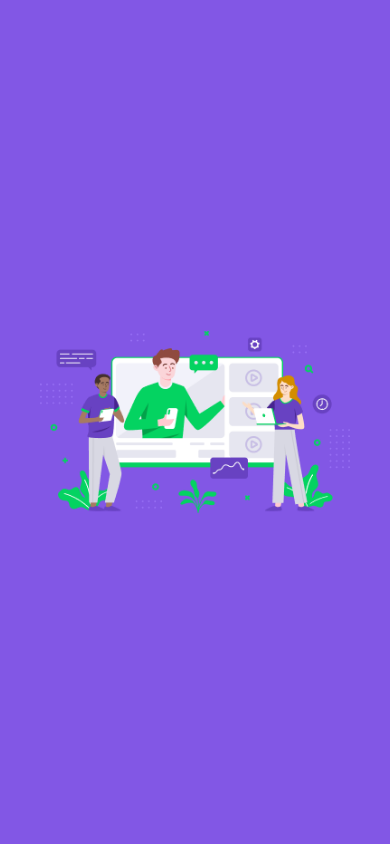
Repository: marciocamello/nlw-proffy-mobile
Screen: /
The author's editor kept a copy of each file at every save. The screen is drawn from the files as they stood at one save, then again after a run of saves.
The app was drawn by React Native's web renderer in a window 390 px wide. The project was rebuilt for these pictures with package versions that can differ from the ones it lists, and the page was loaded fresh each time.

Above is the screen before, as saved 2020-08-06 09:00:45.

### App.tsx
import { StatusBar } from 'expo-status-bar';
import React from 'react';

import Landing from './src/pages/Landing';

export default function App() {
  return (
    <React.Fragment>
      <Landing />
      <StatusBar style="auto" />
    </React.Fragment>
  );
}

### src/pages/Landing/index.tsx
import React from 'react';
import { Image, View } from 'react-native';

import styles from './styles';

import landingImg from '../../assets/images/landing.png';

function Landing(){
  return (
    <View style={styles.container}>
      <Image source={landingImg} style={styles.banner}/>
    </View>
  );
}

export default Landing;

### src/pages/Landing/styles.ts
import { StyleSheet } from 'react-native';

const styles = StyleSheet.create({
  container: {
    flex: 1,
    backgroundColor: '#8257E5',
    justifyContent: 'center',
    padding: 40
  },

  banner: {
    width: '100%',
    resizeMode: 'contain'
  }
});

export default styles;

After the next 2 saves:
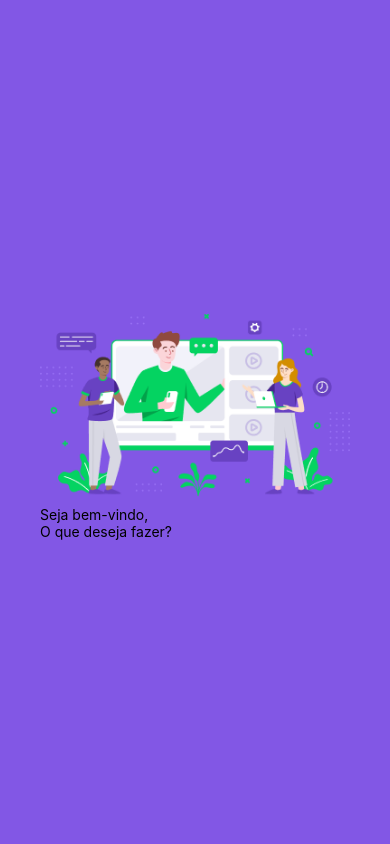
The 2 saves are shown as one change because they came seconds apart.
The last was saved 2 min 15 s later.
--- a/src/pages/Landing/index.tsx
+++ b/src/pages/Landing/index.tsx
@@ -1,5 +1,5 @@
 import React from 'react';
-import { Image, View } from 'react-native';
+import { Image, Text, View } from 'react-native';
 
 import styles from './styles';
 
@@ -9,6 +9,11 @@ function Landing(){
   return (
     <View style={styles.container}>
       <Image source={landingImg} style={styles.banner}/>
+
+      <Text style={styles.title} >
+        Seja bem-vindo, {'\n'}
+        <Text style={styles.titleBold}>O que deseja fazer?</Text>
+      </Text>
     </View>
   );
 }
